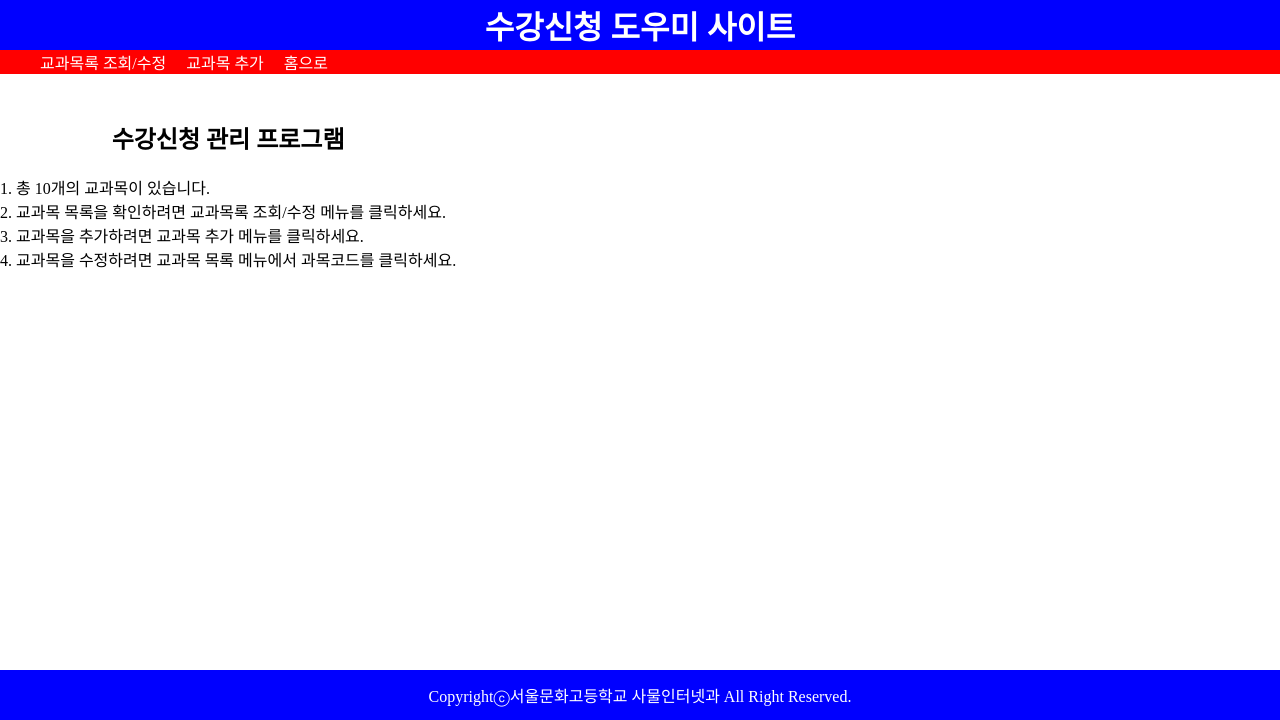
Repository: yuuki08noah/CHUNGCHUSANKI
Page: http://localhost/HRD_002/
These files come from the project's save history. The page is drawn as it stood at one moment and after the next save; the edit follows.
The browser window is 1280 px wide. The pictures show the whole page.
The page is served by Tomcat 9. Other server files are loaded and not shown.

Above is the page before, as saved 2025-04-01 07:53:53.

### HRD_002/src/main/webapp/index.jsp
<%@ page language="java" contentType="text/html; charset=UTF-8"
    pageEncoding="UTF-8"%>
<!DOCTYPE html>
<html>
<head>
<meta charset="UTF-8">
<title>Index</title>
</head>
<body>
	<jsp:include page="header.jsp"/>
	<section style="position: absolute; top: 100px;">
		<div style="text-align: center;">
			<h2>수강신청 관리 프로그램</h2>
		</div>
		1. 총 10개의 교과목이 있습니다.<br>
		2. 교과목 목록을 확인하려면 교과목록 조회/수정 메뉴를 클릭하세요.<br>
		3. 교과목을 추가하려면 교과목 추가 메뉴를 클릭하세요.<br>
		4. 교과목을 수정하려면 교과목 목록 메뉴에서 과목코드를 클릭하세요.
	</section>
	<jsp:include page="footer.jsp"/>
</body>
</html>

### HRD_002/src/main/webapp/header.jsp
<%@ page language="java" contentType="text/html; charset=UTF-8"
    pageEncoding="UTF-8"%>
<!DOCTYPE html>
<html>
<head>
<meta charset="UTF-8">
<title>Header</title>
</head>
<body style="margin: 0 0; padding: 0 0;">
	<div style="display: flex; position: fixed; top: 0px; justify-content: center; align-items: center; background-color: blue; width: 100%; height: 50px; color: white;"><h1>수강신청 도우미 사이트</h1></div>
	<div style="display: flex; gap: 20px; width: 100%; padding-left: 40px; background-color: red; position: fixed; top: 50px; color: white">
	<a>교과목록 조회/수정</a>

	<a>교과목 추가</a>

	<a>홈으로</a>
	</div>
</body>
</html>

### HRD_002/src/main/webapp/footer.jsp
<%@ page language="java" contentType="text/html; charset=UTF-8"
    pageEncoding="UTF-8"%>
<!DOCTYPE html>
<html>
<head>
<meta charset="UTF-8">
<title>Footer</title>
</head>
<body style="margin:0 0; padding: 0 0">
	<div style="display: flex; position: fixed; bottom: 0px; justify-content: center; align-items: center; background-color: blue; width: 100%; height: 50px; color: white;">Copyrightⓒ서울문화고등학교 사물인터넷과 All Right Reserved.</div>

</body>
</html>

After the next save:
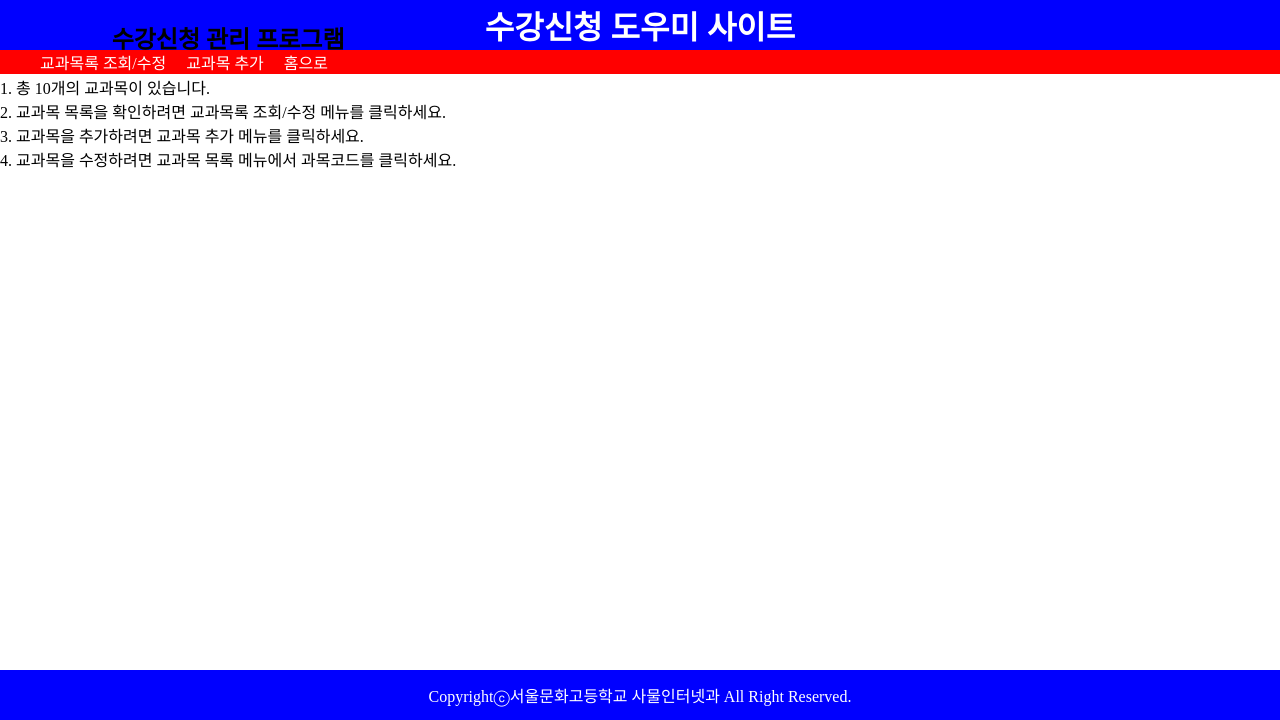
Saved 11 s later.
--- a/HRD_002/src/main/webapp/index.jsp
+++ b/HRD_002/src/main/webapp/index.jsp
@@ -8,7 +8,7 @@
 </head>
 <body>
 	<jsp:include page="header.jsp"/>
-	<section style="position: absolute; top: 100px;">
+	<section style="position: absolute;">
 		<div style="text-align: center;">
 			<h2>수강신청 관리 프로그램</h2>
 		</div>
